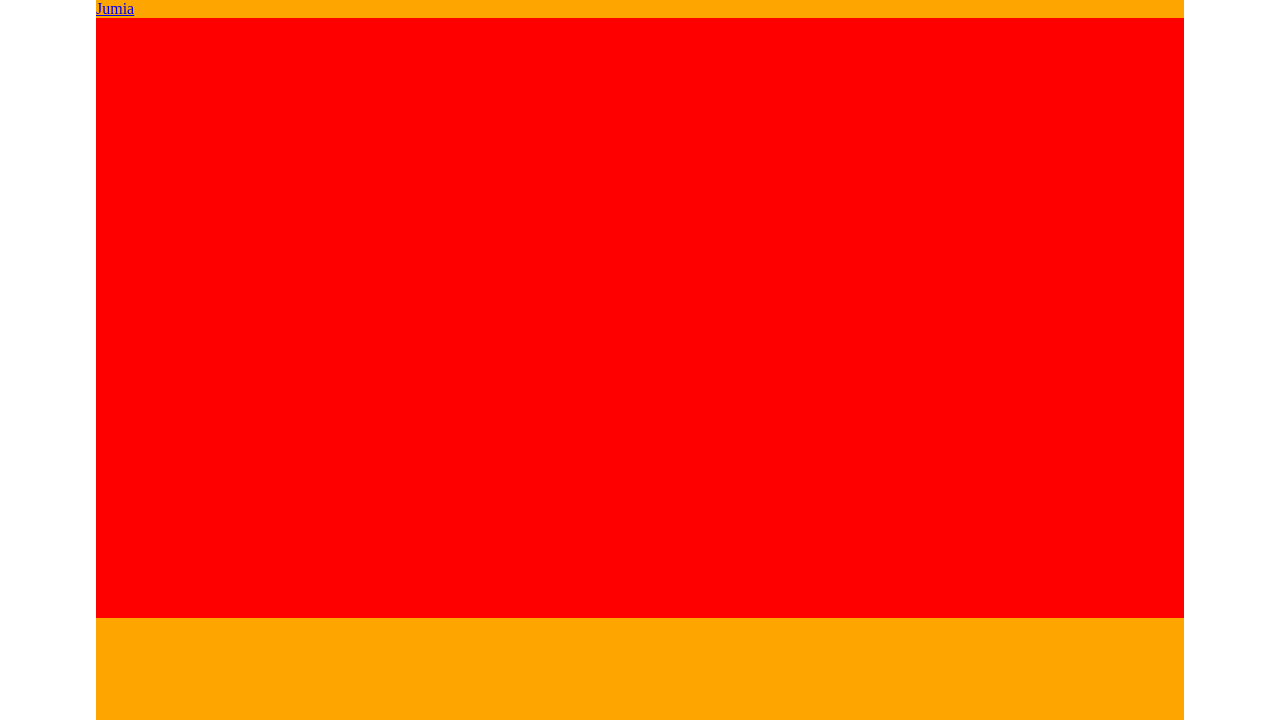
Repository: latenightsnacc/HTML-LESSONS
Page: WEB-DESIGN-3/Lessons/flex_layout.html
An editor plug-in stored every save of this project. The page is shown before and after the next save, followed by the edit.
The browser window is 1280 px wide. The pictures show the whole page.

Above is the page before, as saved 2022-02-04 14:16:56.

After the next save:
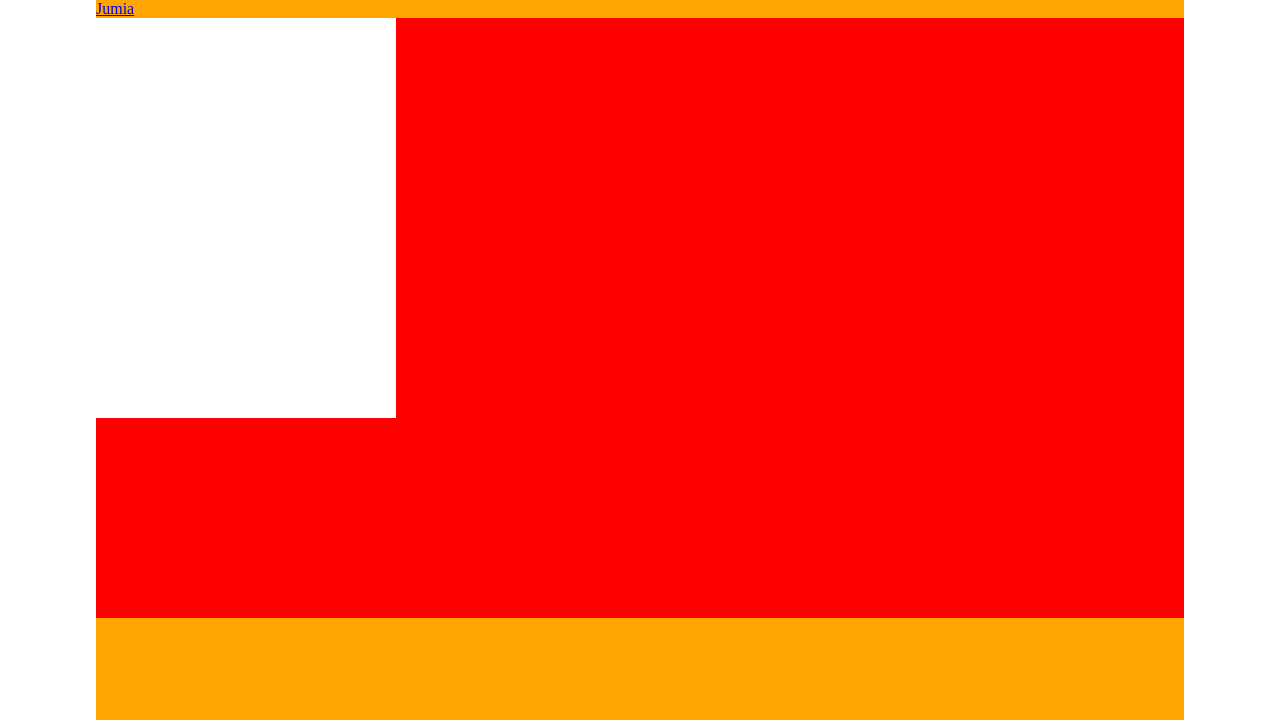
Saved 4 s later.
--- a/WEB-DESIGN-3/Lessons/flex_layout.css
+++ b/WEB-DESIGN-3/Lessons/flex_layout.css
@@ -18,5 +18,5 @@
 .sideMenu {
     background-color: white;
     width: 300px;
-    height: ;
+    height: 400px;
 }
